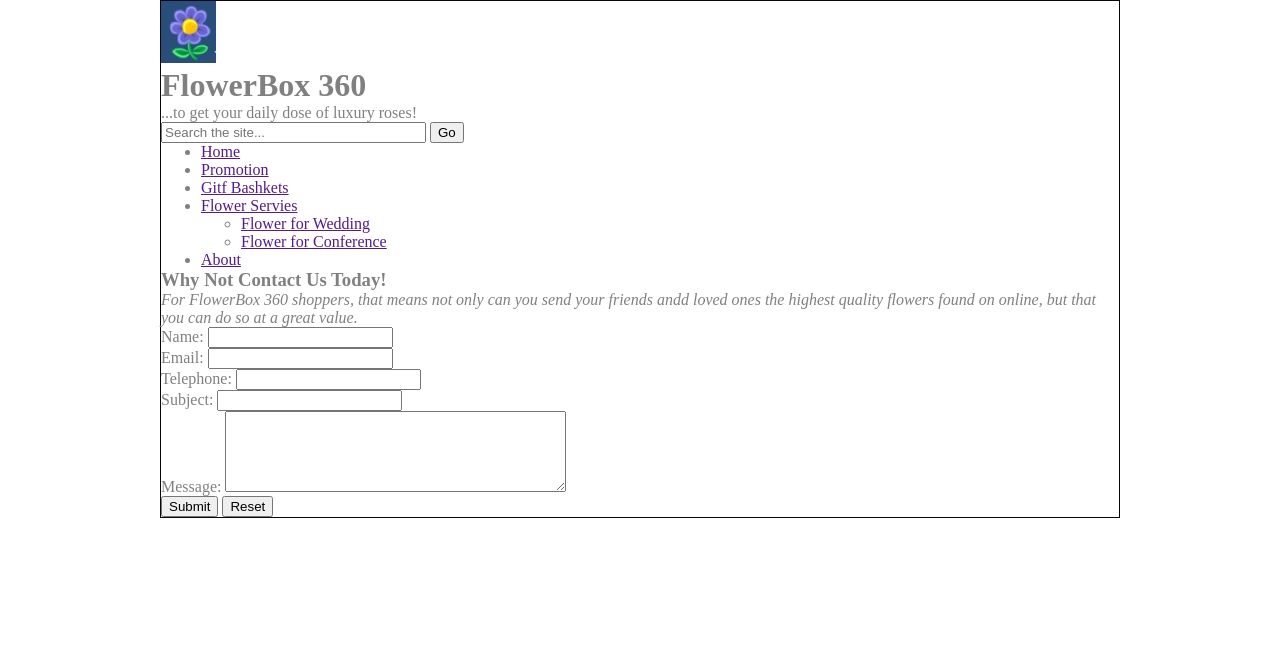
Repository: duongtheng/bai-tap-tuan-6
Page: html/index.html
These files come from the project's save history. The page is drawn as it stood at one moment and after the next save; the edit follows.
The browser window is 1280 px wide. The pictures show the whole page.

Above is the page before, as saved 2022-03-23 13:41:28.

After the next save:
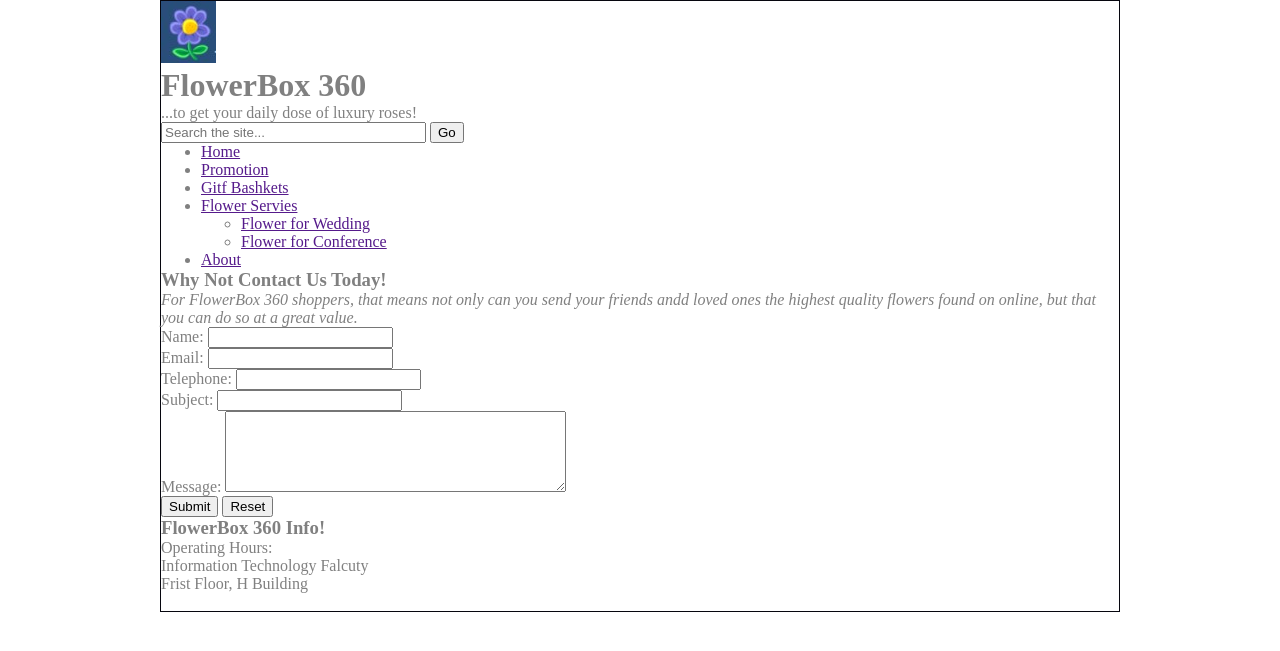
Saved 112 s later.
--- a/html/index.html
+++ b/html/index.html
@@ -64,6 +64,13 @@
                 <button type="reset">Reset </button>
             </div>
         </form>
+
+    <div id="section-right">
+        <h3>FlowerBox 360 Info!</h3>
+        <p>
+            Operating Hours: <br> Information Technology Falcuty <br> Frist Floor, H Building <br><br>
+        </p>
+    </div>
     </section>
 </body>
 </html>
